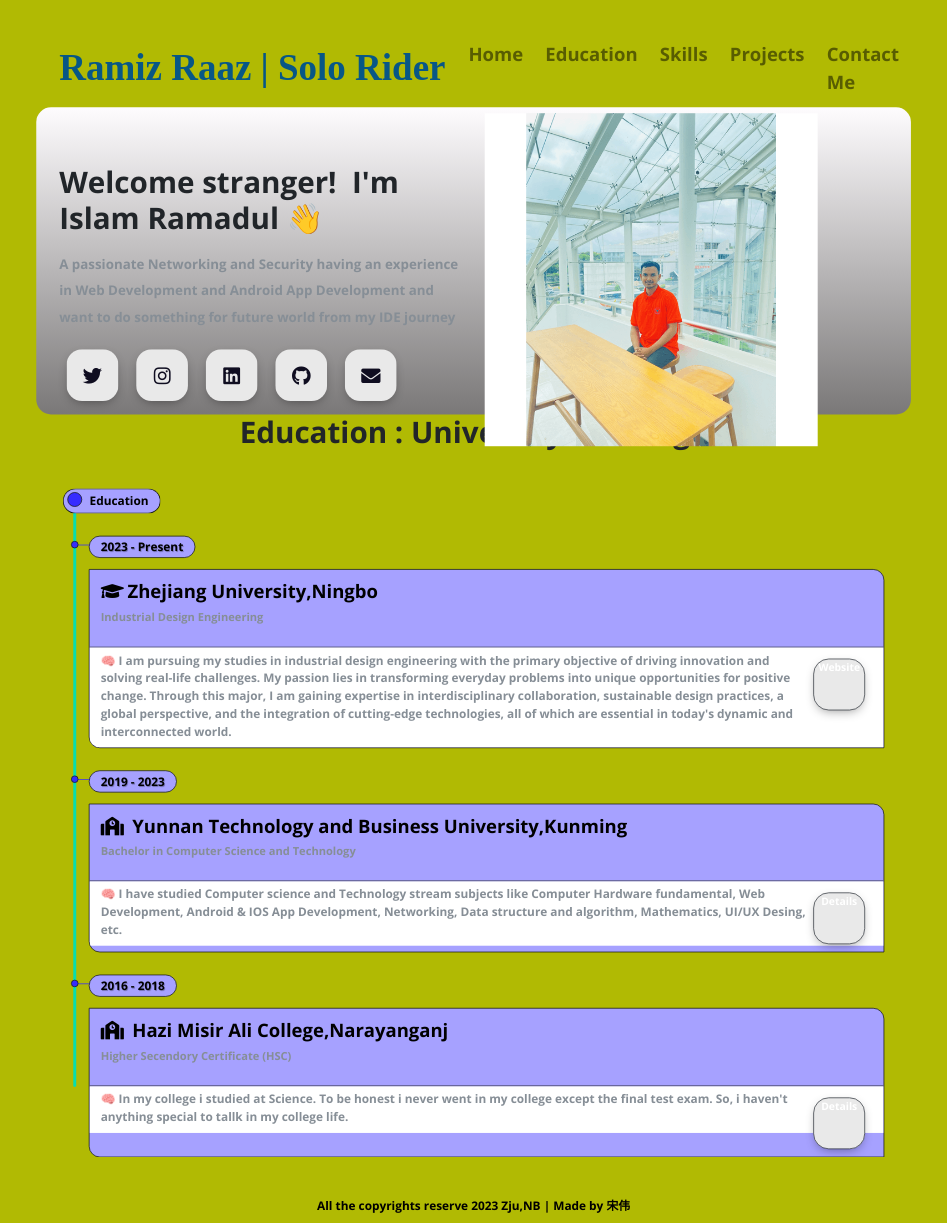
Repository: ramizraaz/ZjuProtfolio
Page: index.html
The author's editor kept a copy of each file at every save. The page is drawn from the files as they stood at one save, then again after the next save.
The browser window is 1280 px wide. The pictures show the whole page, at 74% of full size.
Some web fonts or font styles are not loaded; a fallback is used. Some web libraries are served in a nearby version.

Above is the page before, as saved 2023-10-08 18:04:32.

After the next save:
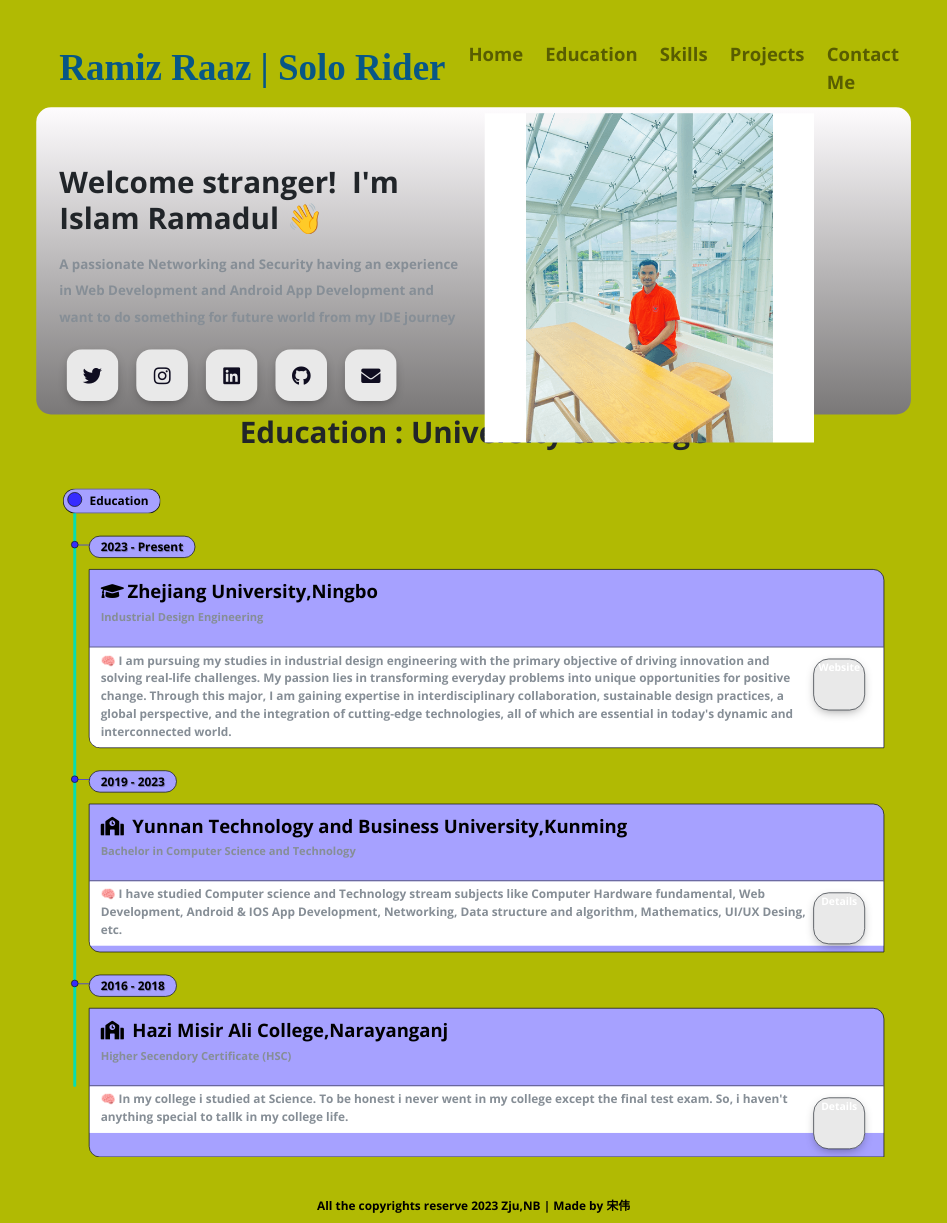
Saved 10 s later.
--- a/style.css
+++ b/style.css
@@ -112,7 +112,7 @@ span.wave {
 }
 
 .boyimage {
-    height: 450px;
+    height: 445px;
 }
 
 @media only screen and (max-width: 1183px) {
